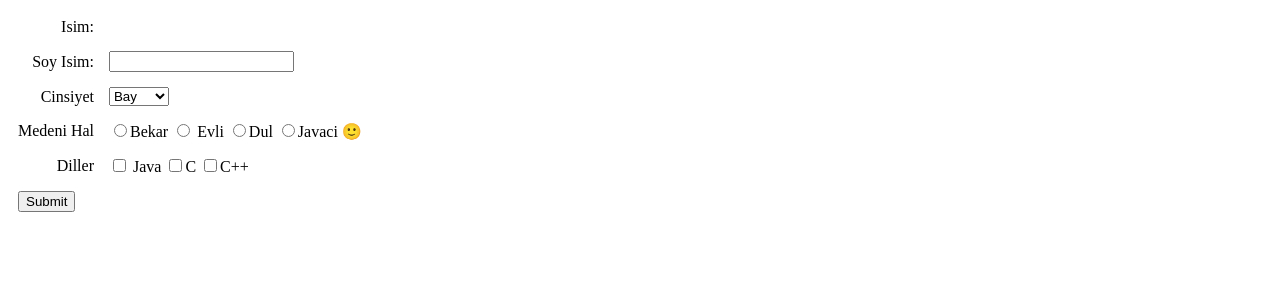
Repository: erayyildirim/start-trial
Page: ServletStart/WebContent/formGet.html
The author's editor kept a copy of each file at every save. The page is drawn from the files as they stood at one save, then again after the next save.
The browser window is 1280 px wide. The pictures show the whole page.

Above is the page before, as saved 2017-07-19 22:10:13.

After the next save:
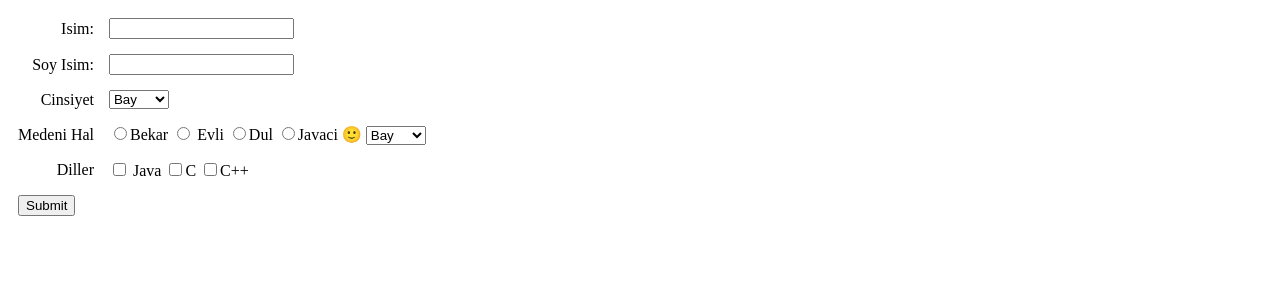
Saved 2 min 11 s later.
--- a/ServletStart/WebContent/formGet.html
+++ b/ServletStart/WebContent/formGet.html
@@ -10,7 +10,7 @@
     <table id="table1" cellspacing="5px" cellpadding="5%">
        <tr>
               <td align="right">Isim:</td>
-<!--               <td><input type="text" name="firstName" /></td> -->
+              <td><input type="text" name="firstName" /></td>
        </tr>
        <tr>
               <td align="right">Soy Isim:</td>
@@ -33,6 +33,10 @@
 			        <input type="radio" name="marital status" value="Evli" /> Evli
 			        <input type="radio" name="marital status" value="Dul" />Dul
 			        <input type="radio" name="marital status" value="Javaci" />Javaci 🙂
+			         <select name="gender">
+			            <option value="Bay" selected="selected">Bay</option>
+			            <option value="Bayan">Bayan</option>
+			         </select>
     	    </td>
        </tr>
 
